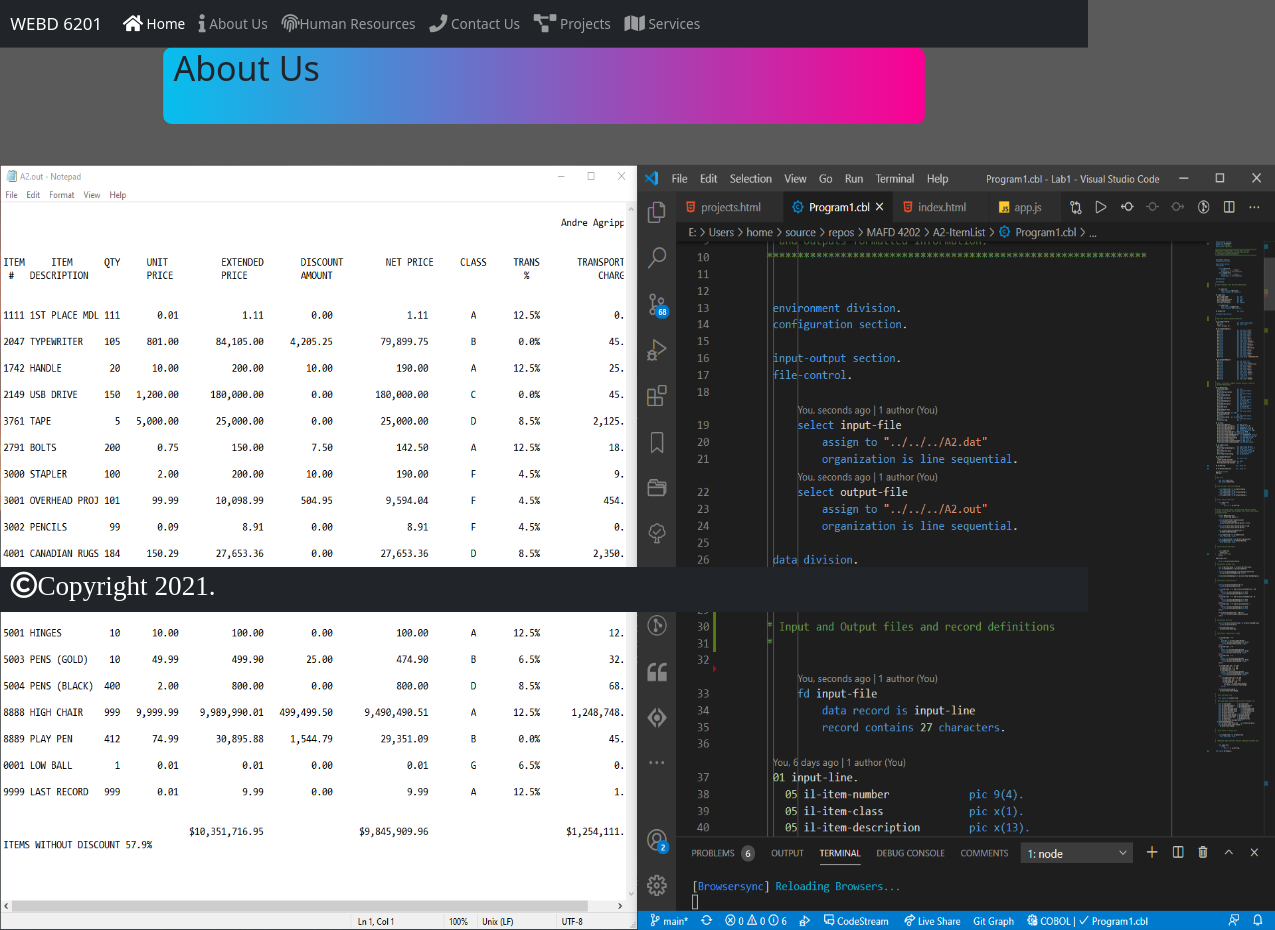
Repository: vans12345678/WEBD6201-W2021-Lab1
Page: about.html
The author's editor kept a copy of each file at every save. The page is drawn from the files as they stood at one save, then again after the next save.
The browser window is 1280 px wide. The page is 1500 px wide, then 1280 px, so the pictures cover 1500 px, including what lies to the right of the window. The pictures show the whole page, at 85% of full size.

Above is the page before, as saved 2021-01-30 19:25:09.

After the next save:
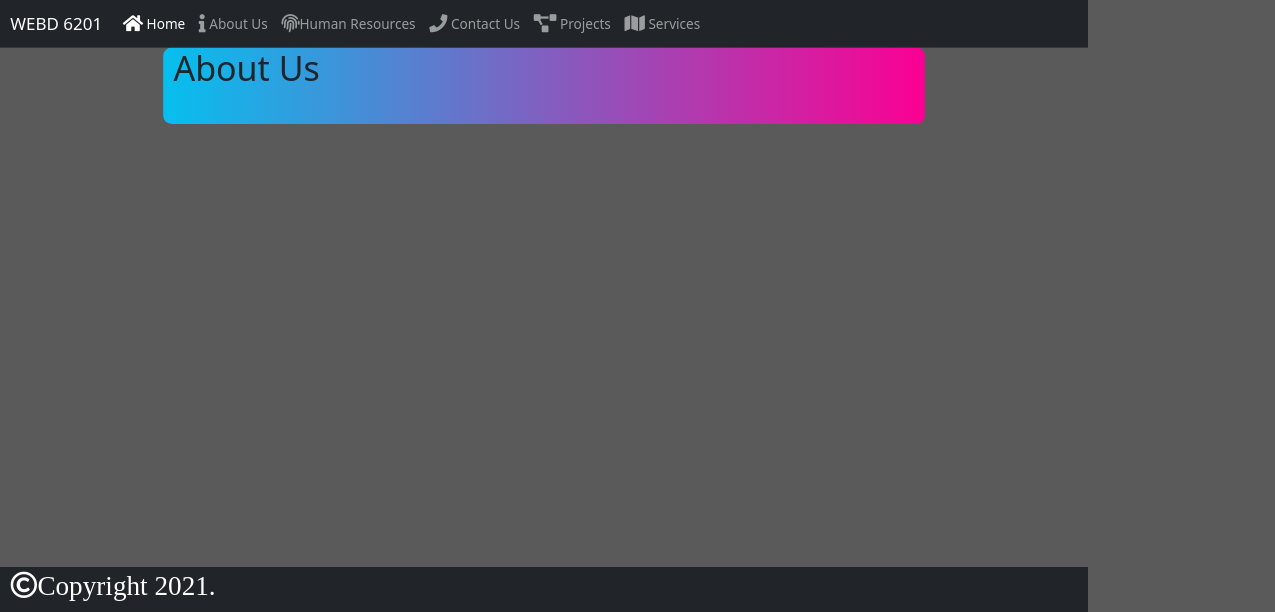
Saved 101 min 10 s later.
--- a/about.html
+++ b/about.html
@@ -50,8 +50,7 @@
         <h1 class = "container">About Us</h1>
         <h1 id="aboutAHeader"></h1>
         </br>
-        <p id="aboutADescription" class = "fa-lg"></p>
-        <img src="../images/p1.PNG" alt="" style="width:1500px;height:900px;">
+        <!-- <img src="../images/p1.PNG" alt="" style="width:1500px;height:900px;"> -->
     </main>
     <!-- Main Footer -->
     <footer>
